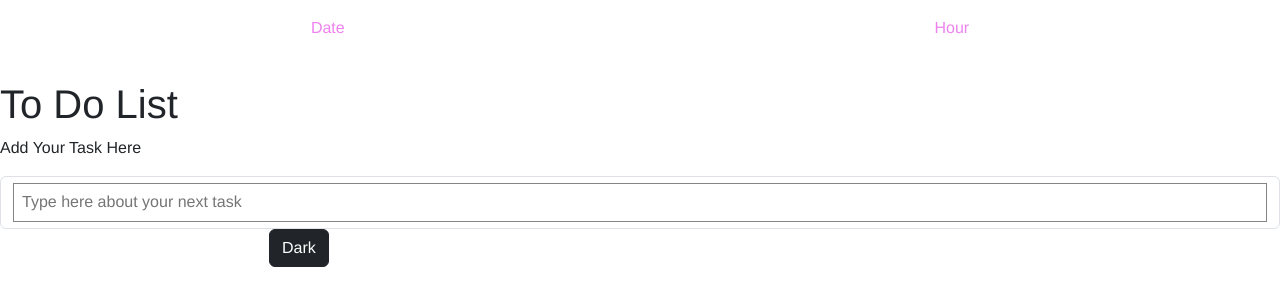
Repository: Passionblaz/TODO
Page: TODO/Untitled-1.html
The author's editor kept a copy of each file at every save. The page is drawn from the files as they stood at one save, then again after the next save.
The browser window is 1280 px wide. The pictures show the whole page.

Above is the page before, as saved 2023-07-14 11:48:50.

After the next save:
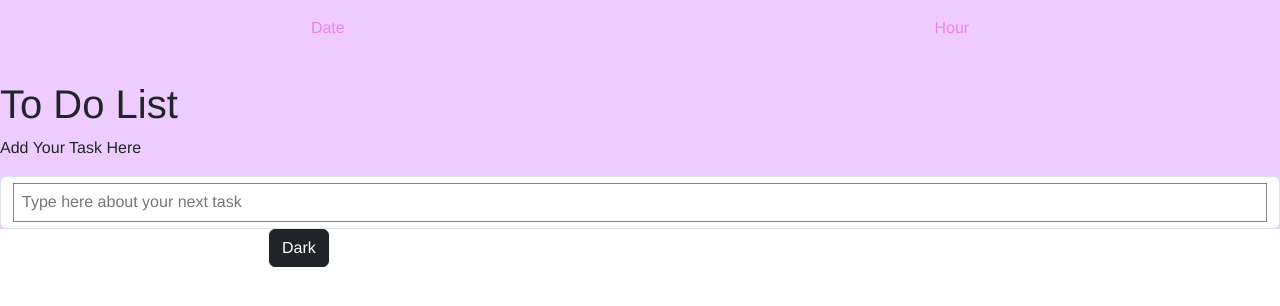
Saved 10 s later.
--- a/TODO/todostyles.css
+++ b/TODO/todostyles.css
@@ -55,7 +55,7 @@ input {
   display: none;
 }
 .todo-container {
-  background-color: ;
+  background-color: #ecf;
 }
 
 
